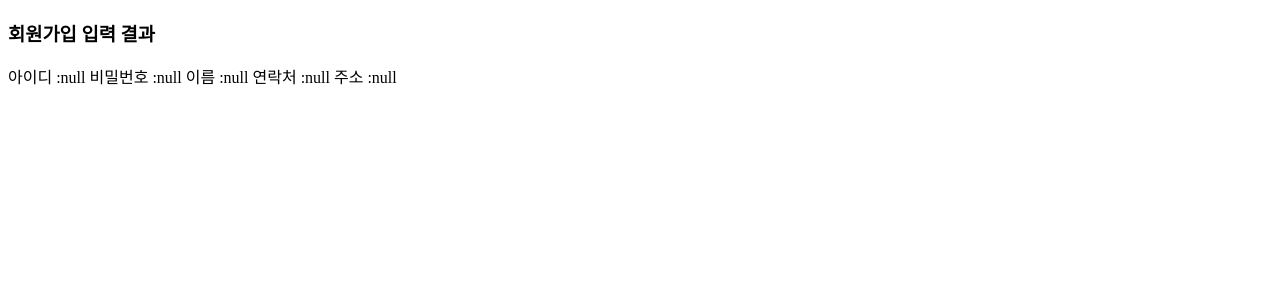
Repository: suinautant/learnCode
Page: http://localhost/JSPBook/ch05/process1.jsp
These files come from the project's save history. The page is drawn as it stood at one moment and after the next save; the edit follows.
The browser window is 1280 px wide. The pictures show the whole page.
The page is served by Tomcat 9. Other server files are loaded and not shown.

Above is the page before, as saved 2021-07-01 01:36:53.

### jsp/JSPBook/WebContent/ch05/process1.jsp
<%@ page language="java" contentType="text/html; charset=UTF-8"
    pageEncoding="UTF-8"%>
<!DOCTYPE html>
<html>
<head>
<meta charset="UTF-8">
<title>request 객체 결과</title>
</head>
<body>
<h3>회원가입 입력 결과</h3>
    <%
    request.setCharacterEncoding("utf-8");

    String id=request.getParameter("id");
    String passwd=request.getParameter("passwd");
    String name=request.getParameter("name");
    String tel=request.getParameter("tel");
    String addr=request.getParameter("addr");
    %>
    아이디 :<%=id %>
    비밀번호 :<%=passwd%>
    이름 :<%=name %>
    연락처 :<%=tel %>
    주소 :<%=addr %>

</body>
</html>

After the next save:
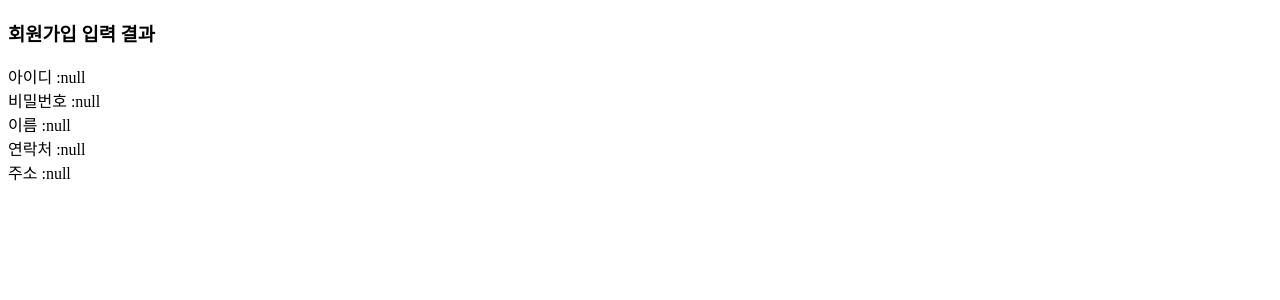
Saved 28 s later.
--- a/jsp/JSPBook/WebContent/ch05/process1.jsp
+++ b/jsp/JSPBook/WebContent/ch05/process1.jsp
@@ -17,11 +17,11 @@
     String tel=request.getParameter("tel");
     String addr=request.getParameter("addr");
     %>
-    아이디 :<%=id %>
-    비밀번호 :<%=passwd%>
-    이름 :<%=name %>
-    연락처 :<%=tel %>
-    주소 :<%=addr %>
+    아이디 :<%=id %><br />
+    비밀번호 :<%=passwd%><br />
+    이름 :<%=name %><br />
+    연락처 :<%=tel %><br />
+    주소 :<%=addr %><br />
 
 </body>
 </html>
